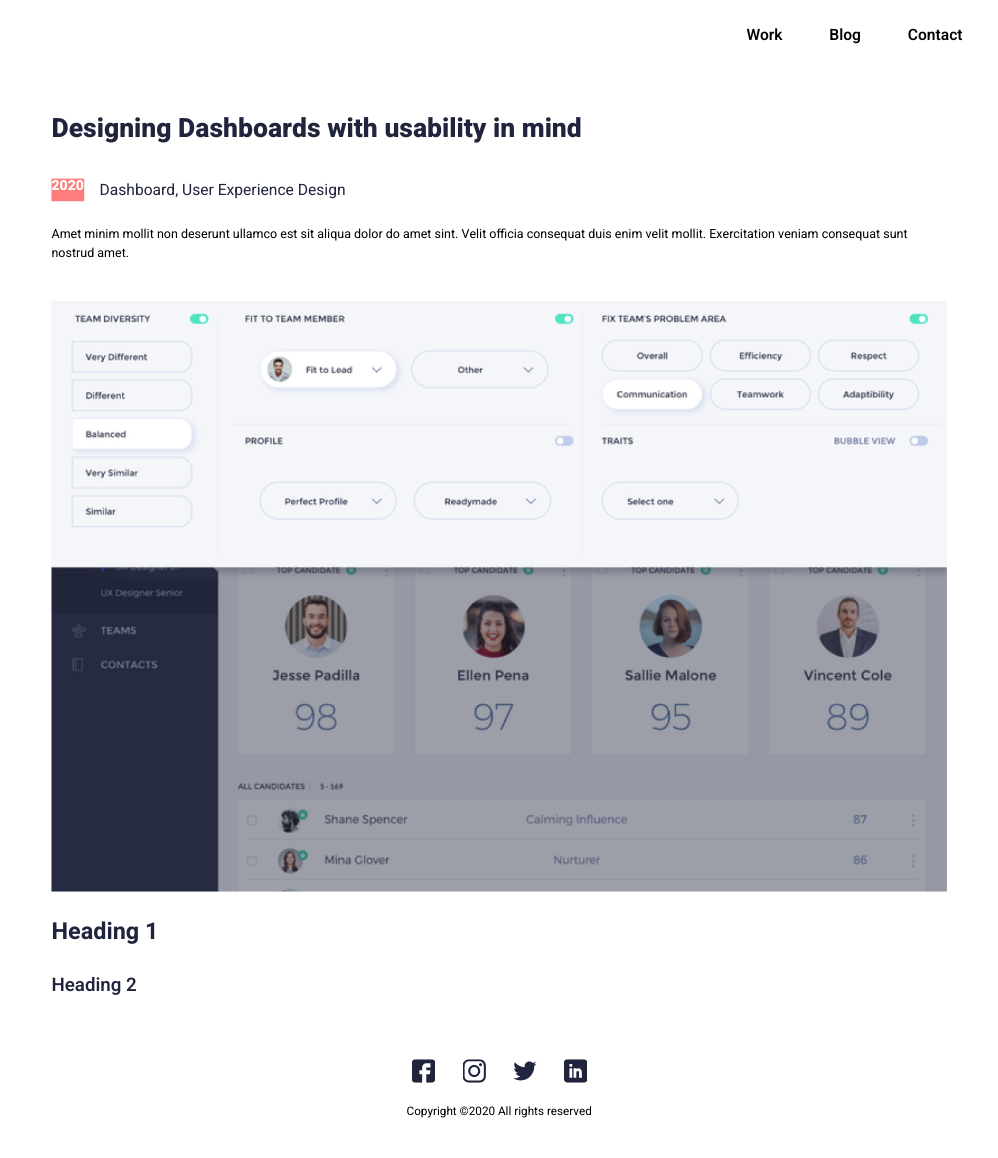
Repository: sharma171/portfolio
Page: /detailed
An editor plug-in stored every save of this project. The page is shown before and after the next save, followed by the edit.
The browser window is 1280 px wide. The pictures show the whole page, at 78% of full size.
The project was rebuilt for these pictures with package versions that can differ from the ones it lists, and the page was loaded fresh each time. The framework's server and built-in components were replaced by stand-ins that run in the browser. Also part of the build but not shown: next.config.mjs.

Above is the page before, as saved 2024-06-02 18:01:59.

After the next save:
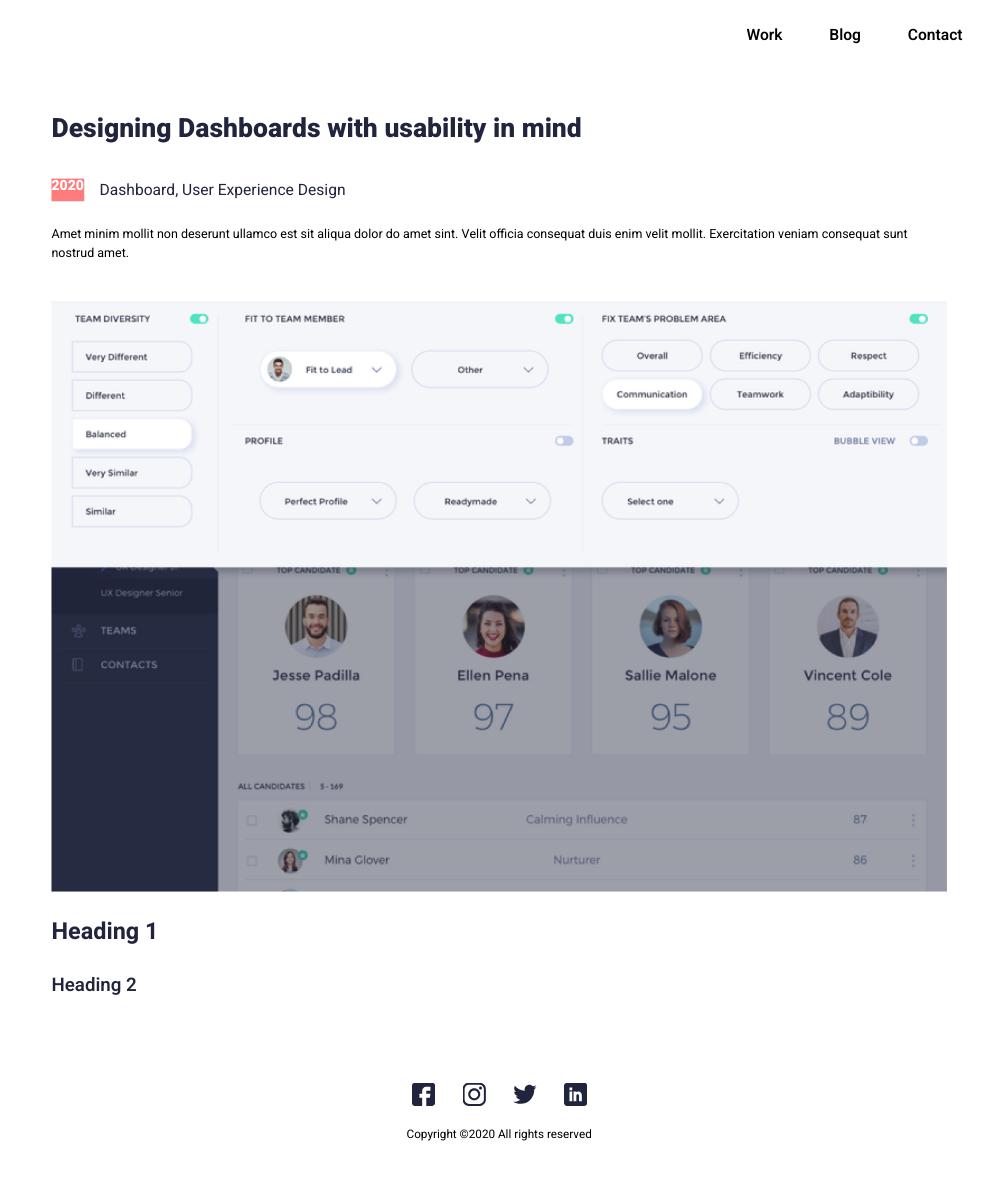
Saved 30 s later.
--- a/src/app/detailed/page.jsx
+++ b/src/app/detailed/page.jsx
@@ -25,6 +25,9 @@ export default function DetailPage() {
                     <Image src={Featured1} alt="featured" className="full-w-thumb" />
                     <h1>Heading 1</h1>
                     <h2>Heading 2</h2>
+                    <p className="subheading">
+
+                    </p>
                 </div>
             </div>
         </section>
